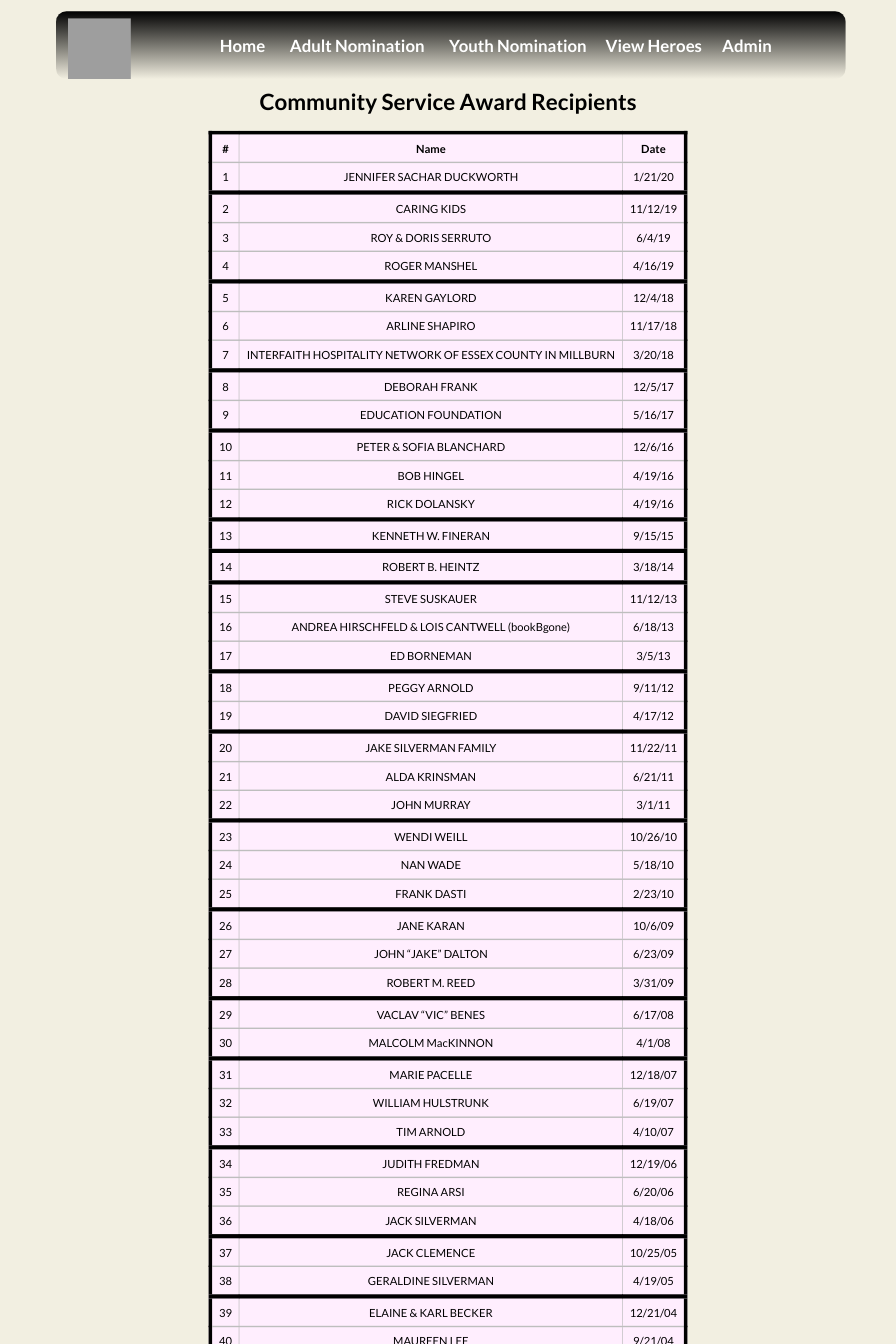
Repository: Centrattic/CSAC
Page: http://localhost/Frontend/before2020.php
An editor plug-in stored every save of this project. The page is shown before and after the next save, followed by the edit.
The browser window is 1280 px wide. The pictures show the part of the page from y = 0 to 1920 px (the page is 3839 px tall), at 70% of full size.
Pictures or frames that could not be fetched are drawn as grey boxes. The page is run by PHP 8.4 with error messages shown; the project is at /var/www/html/.

Above is the page before, as saved 2020-12-23 11:06:11.

After the next save:
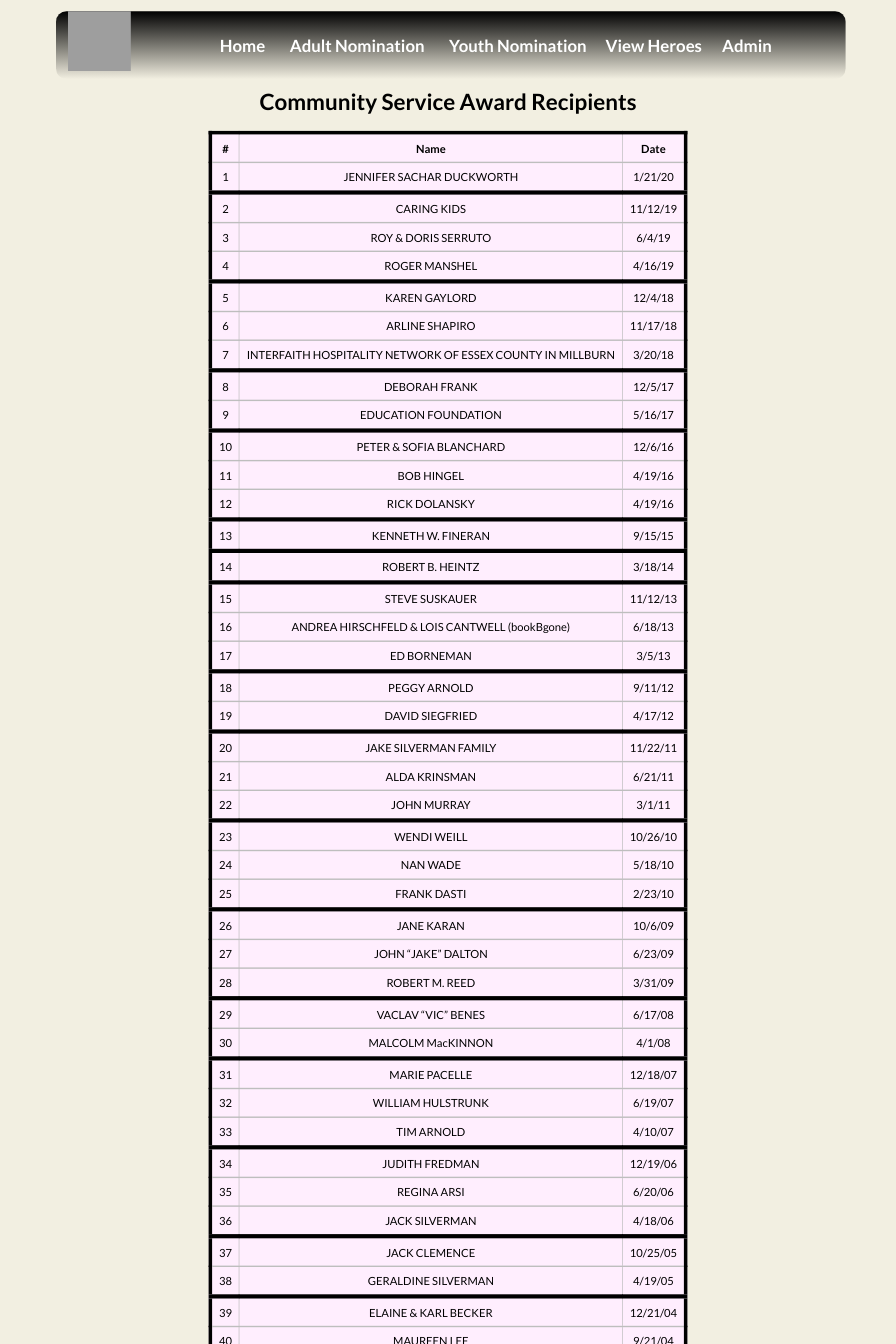
Saved 6 s later.
--- a/CSS/navbar.css
+++ b/CSS/navbar.css
@@ -12,7 +12,7 @@
 
 #logo {
     display: inline-flex;
-    align-items: start;
+    align-items: center;
     justify-content: center;
     width: 10%;
     float: left;

After the save that followed:
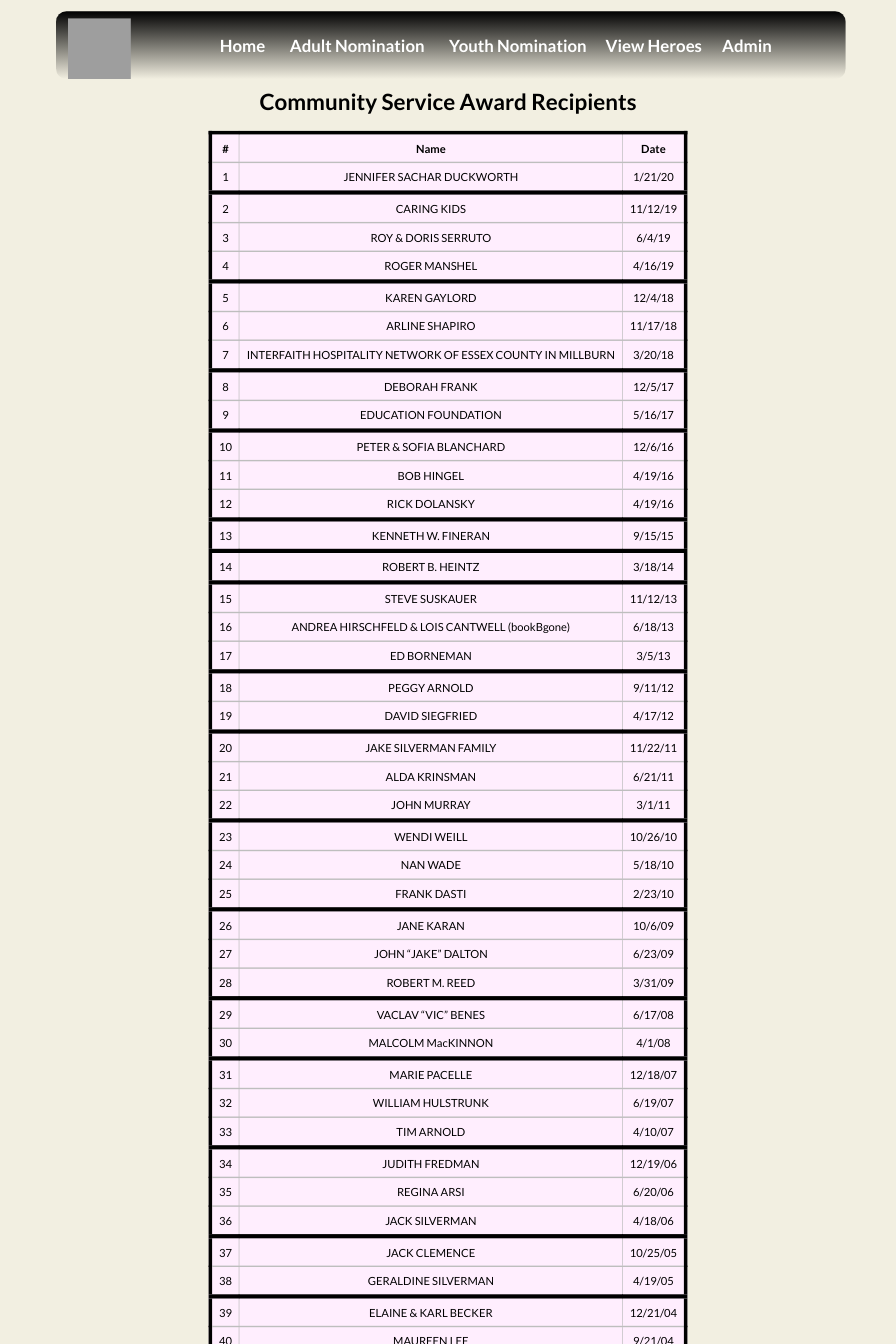
Saved 10 s later.
--- a/CSS/navbar.css
+++ b/CSS/navbar.css
@@ -12,7 +12,7 @@
 
 #logo {
     display: inline-flex;
-    align-items: center;
+    align-items: start;
     justify-content: center;
     width: 10%;
     float: left;
